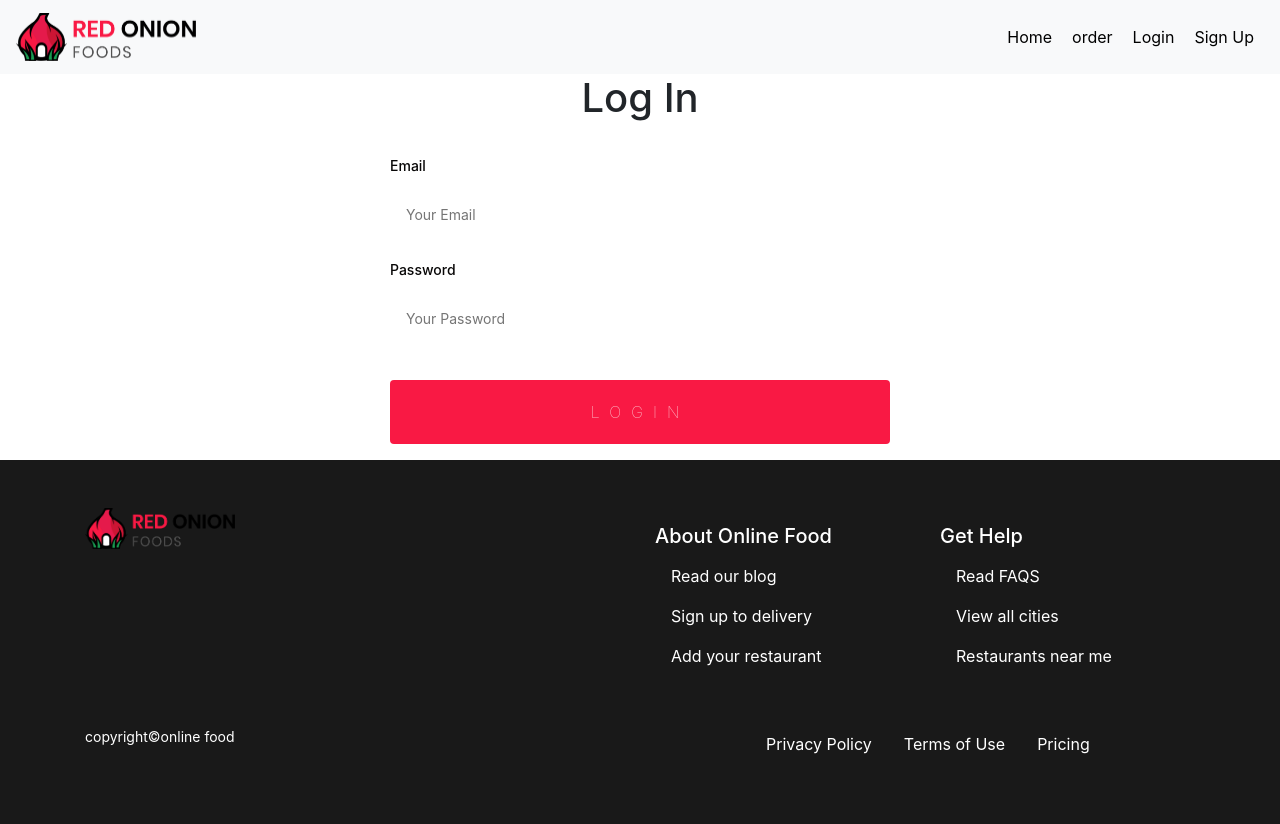
Repository: arif286/red-onion-client
Page: /login
An editor plug-in stored every save of this project. The page is shown before and after the next save, followed by the edit.
The browser window is 1280 px wide. The pictures show the whole page.
The project was rebuilt for these pictures with package versions that can differ from the ones it lists, and the page was loaded fresh each time. Some packages were replaced by stand-ins written for this rebuild. Also part of the build but not shown: src/App.css, src/components/CheckOut/CheckOut.css, src/components/CheckOut/CheckOutForm/CheckOutFrom.js, src/components/CheckOut/CheckOut.js, src/components/SearchBar/SearchBar.css, src/components/SearchBar/SearchBar.js, src/components/FoodDetails/FoodDetail.css, src/components/FoodDetails/FoodDetail.js and 9 more. Imported but missing from the stored project, and not drawn on this page: src/components/CheckOut/Map/Map.

Above is the page before, as saved 2021-04-07 02:41:39.

After the next save:
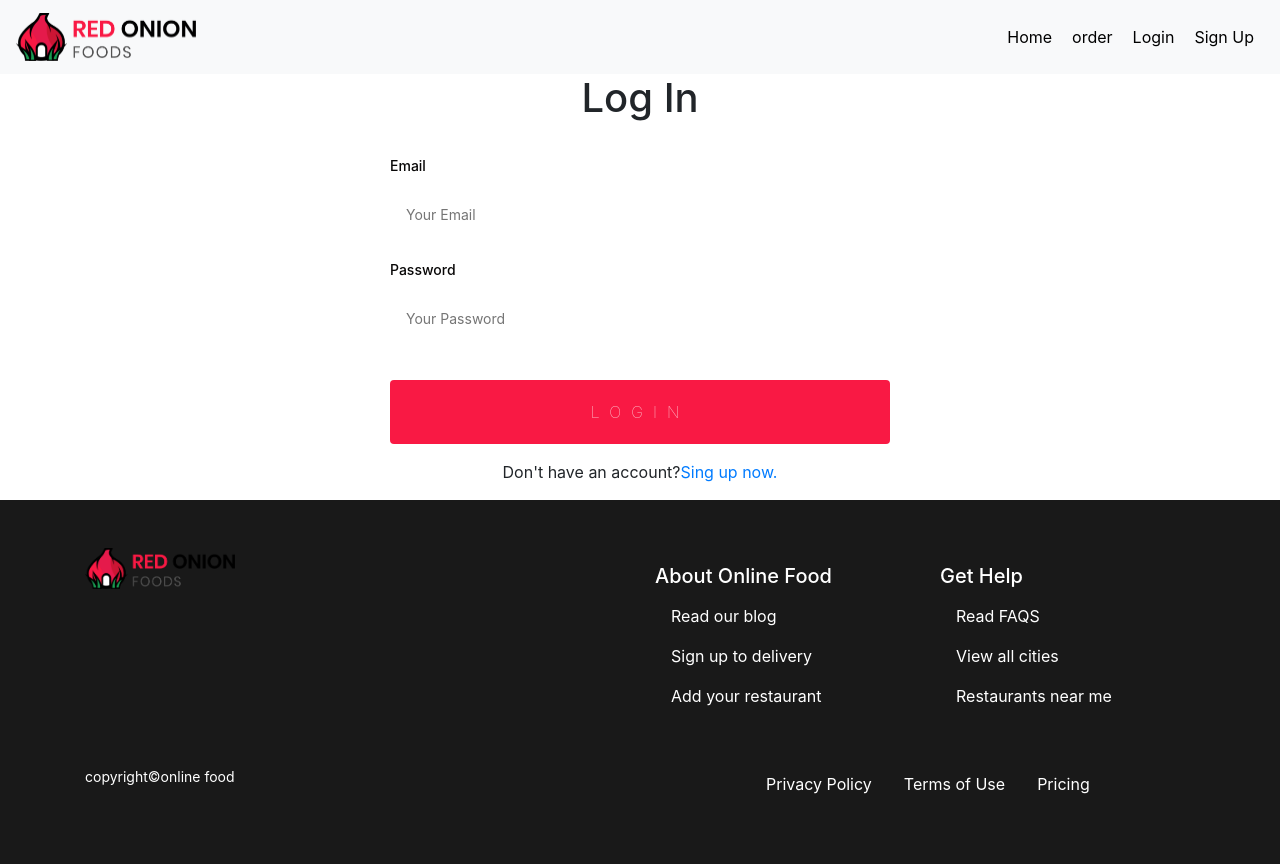
Saved 2 min 26 s later.
--- a/src/components/LogIn/Login.js
+++ b/src/components/LogIn/Login.js
@@ -1,6 +1,6 @@
 import React, { useContext } from "react";
 import { useForm } from "react-hook-form";
-import { useHistory } from "react-router-dom";
+import { Link, useHistory } from "react-router-dom";
 import { UserContext } from "../../App";
 import { initializeLoginFramework, logInWithEmailPassword } from "./LoginManager";
 
@@ -27,17 +27,6 @@ console.log(loggedInUser, loggedInUser.displayName);
     <>
       <div className="container">
         <h1 className="form-header">Log In</h1>
-        {loggedInUser.email && (
-          <div className="d-flex justify-content-center">
-            <p
-              style={{ width: "500px" }}
-              className="alert alert-success"
-              role="alert"
-            >
-              You have login successfully!
-            </p>
-          </div>
-        )}
         <form className="form-submit" onSubmit={handleSubmit(onSubmit)}>
           <label htmlFor="email">Email</label>
           <input
@@ -73,6 +62,12 @@ console.log(loggedInUser, loggedInUser.displayName);
         {!setLoggedInUser.success && (
           <p className="text-center">{setLoggedInUser.error}</p>
         )}
+        <div>
+          <p className="text-center">
+            Don't have an account?
+            <Link to="/singUp">Sing up now.</Link>
+          </p>
+        </div>
       </div>
     </>
   );
